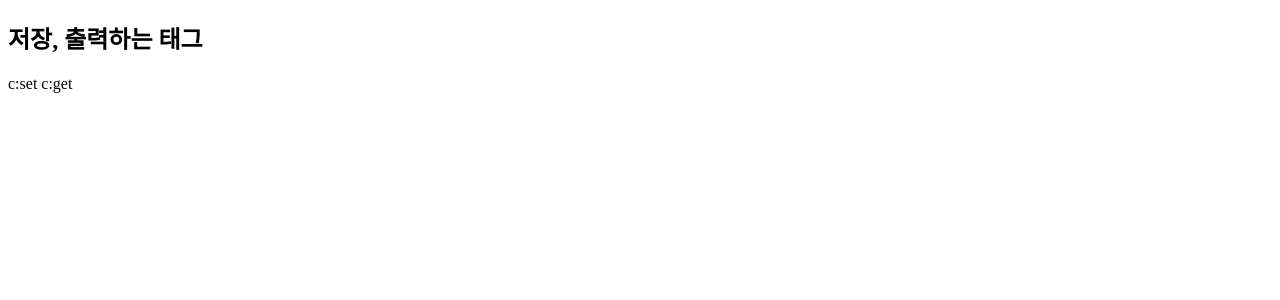
Repository: simjiho/week
Page: http://localhost/el_jstl/views/jstl/02_controltag.jsp
These files come from the project's save history. The page is drawn as it stood at one moment and after the next save; the edit follows.
The browser window is 1280 px wide. The pictures show the whole page.
The page is served by Tomcat 9.

Above is the page before, as saved 2024-04-20 05:43:20.

After the next save:
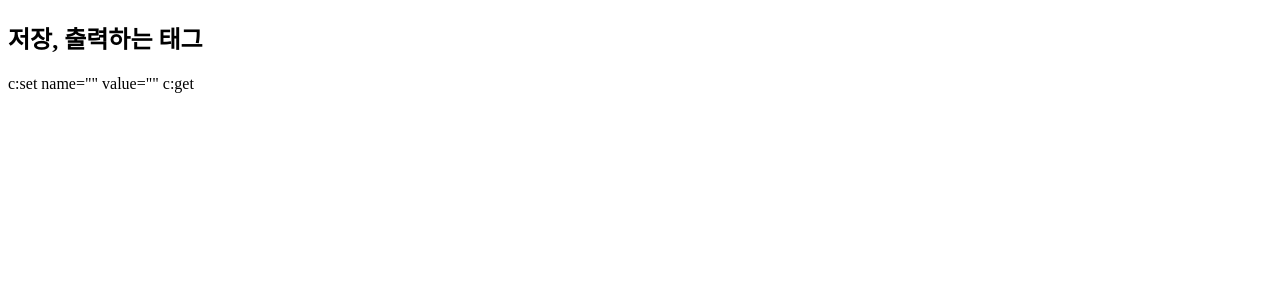
Saved 44 s later.
--- a/workspace/el_jstl/src/main/webapp/views/jstl/02_controltag.jsp
+++ b/workspace/el_jstl/src/main/webapp/views/jstl/02_controltag.jsp
@@ -10,7 +10,7 @@
 <body>
 	<h2>저장, 출력하는 태그</h2>
 	<p>
-		c:set
+		c:set name="" value=""
 		c:get
 	</p>
 </body>
